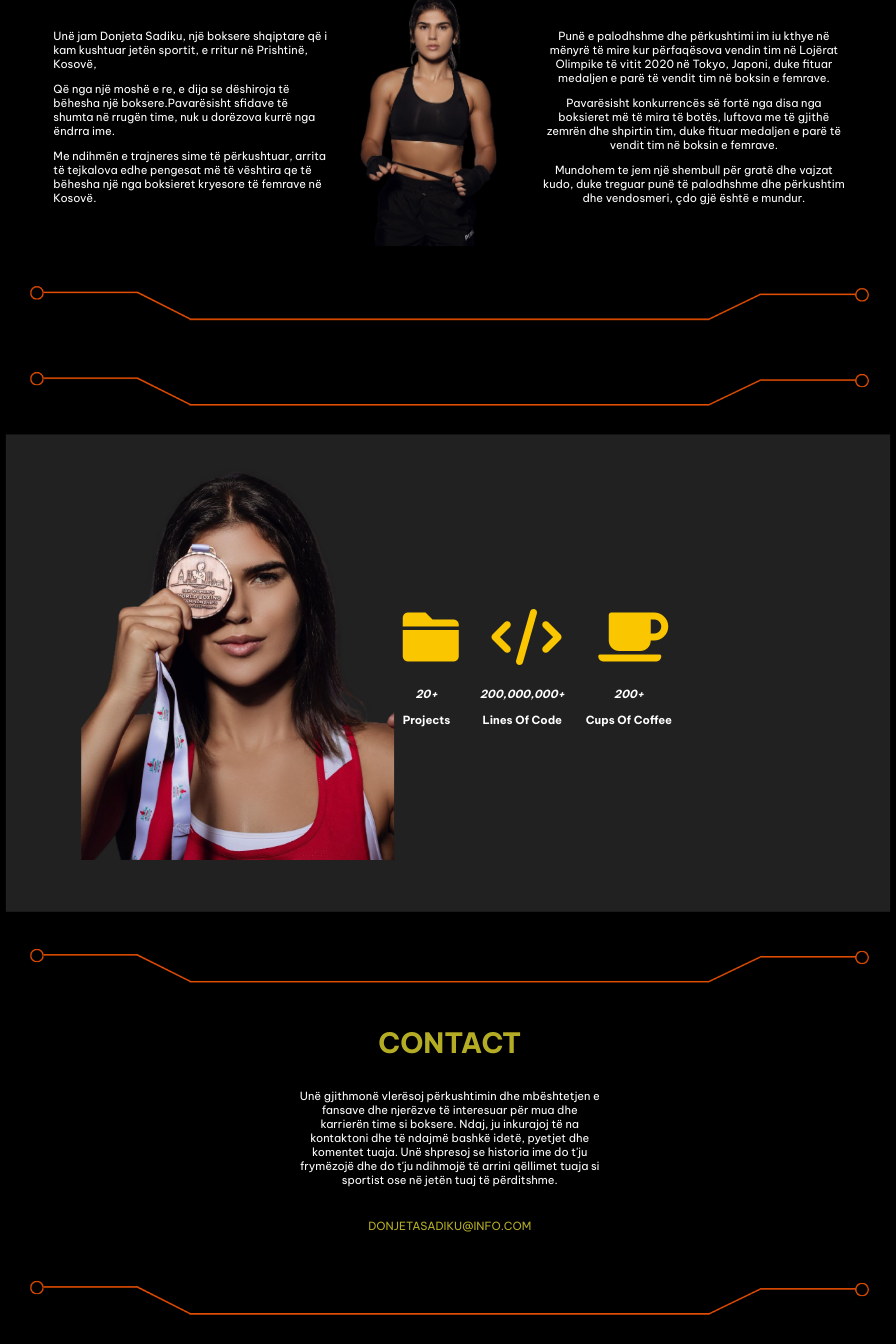
Repository: milot-morina/ds-boxing
Page: DS-Portfolio/index.html
These files come from the project's save history. The page is drawn as it stood at one moment and after the next save; the edit follows.
The browser window is 1280 px wide. The pictures show the part of the page from y = 2242 to 4162 px (the page is 4918 px tall), at 70% of full size.
A picture or video elsewhere on the page could not be fetched, so the positions and the page height are approximate.

Above is the page before, as saved 2023-03-21 10:45:51.

After the next save:
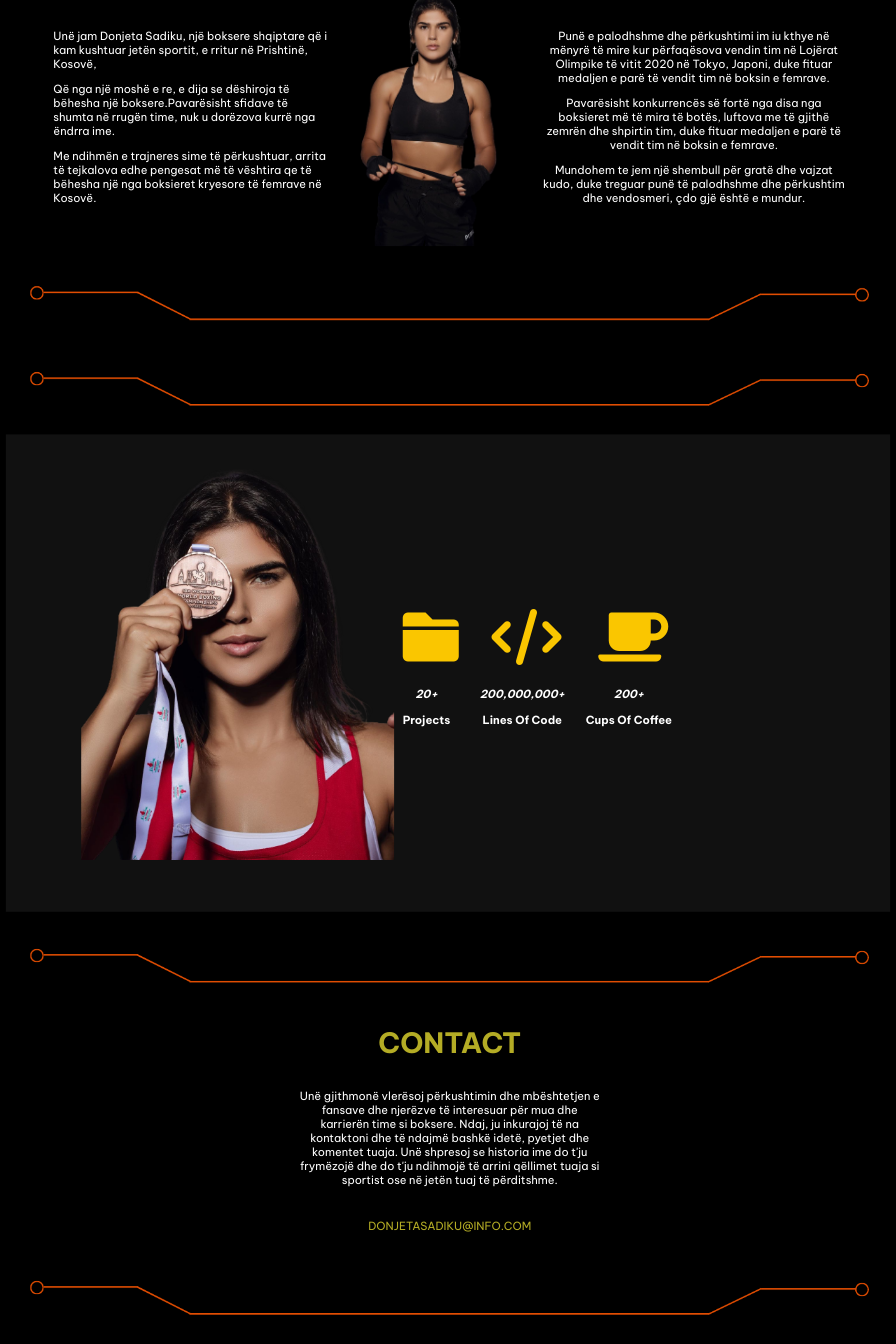
Saved 60 s later.
--- a/DS-Portfolio/style.css
+++ b/DS-Portfolio/style.css
@@ -21,7 +21,7 @@
 /* #Fun Facts
 ================================================================================= */
 .fun-facts {
-  background: #212121;
+  background: #111;
   padding: 50px;
   margin-top: 20px;
   color: #fff;
